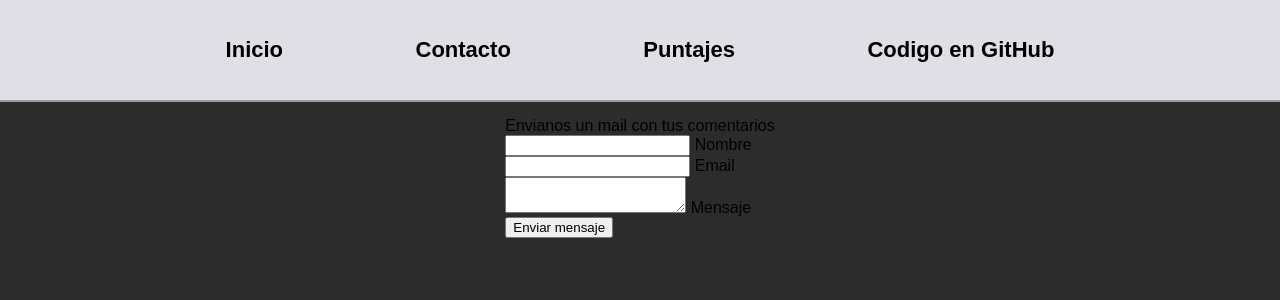
Repository: FacundoKinderknecht/FacundoKinderknecht_Wordle_Game_LPPA
Page: html/email.html
The author's editor kept a copy of each file at every save. The page is drawn from the files as they stood at one save, then again after the next save.
The browser window is 1280 px wide. The pictures show the whole page.

Above is the page before, as saved 2023-08-08 09:57:15.
Not found: css/contact.css
Not found: scripts/contact.js

### html/email.html
<!DOCTYPE html>
<html lang="en">
    <head>
        <meta charset="UTF-8">
        <meta http-equiv="X-UA-Compatible" content="IE=edge">
        <meta name="viewport" content="width=device-width, initial-scale=1.0">
        <link rel="stylesheet" href="../css/reset.css">
        <link rel="stylesheet" href="../css/styles.css">
        <link rel="stylesheet" href="../css/contact.css">
        <script src="../scripts/contact.js"></script>
        <title>Contacto</title>
    </head>
    <body>
        <header>
            <nav class="navbar">
                <a href="../index.html">Inicio</a>
                <a href="../html/email.html">Contacto</a>
                <a href="../html/puntajes.html">Puntajes</a>
                <a href="https://github.com/FacundoKinderknecht/FacundoKinderknecht_Wordle_Game_LPPA" target="_blank">Codigo en GitHub</a>
            </nav>
        </header>

        <main>
            <form id="form-email">
                <h2 class="form-title">
                    Envianos un mail con tus comentarios
                </h2>
                <fieldset class="group-form">
                    <input class="form-txt" id="txt-name" placeholder=" ">
                    <label class="form-lbl" id="lbl-name" for="txt-name">Nombre</label>
                    <label class="form-txt-error hidden" id="error-name" for="txt-name">Nombre invalido</label>
                </fieldset>
                <fieldset class="group-form">
                    <input class="form-txt" id="txt-email" placeholder=" ">
                    <label class="form-lbl" id="lbl-email" for="txt-email">Email</label>
                    <label class="form-txt-error hidden" id="error-email" for="txt-email">Email inválido</label>
                </fieldset>
                <fieldset class="group-form">
                    <textarea class="form-txt" id="txt-message" placeholder=" "></textarea>
                    <label class="form-lbl" id="lbl-message" for="txt-message">Mensaje</label>
                    <label class="form-txt-error hidden" id="error-message" for="txt-message">El mensaje es demasiado corto</label>
                </fieldset>
                <input type="submit" class="form-button" value="Enviar mensaje" id="btn-submit">
                <label class="form-txt-error hidden" id="error-login">Todos los campos deben estar completados</label>
            </form>
        </main>
    </body>
</html>

### css/reset.css
/* http://meyerweb.com/eric/tools/css/reset/
   v2.0 | 20110126
   License: none (public domain)
*/

html, body, div, span, applet, object, iframe,
h1, h2, h3, h4, h5, h6, p, blockquote, pre,
a, abbr, acronym, address, big, cite, code,
del, dfn, em, img, ins, kbd, q, s, samp,
small, strike, strong, sub, sup, tt, var,
b, u, i, center,
dl, dt, dd, ol, ul, li,
fieldset, form, label, legend,
table, caption, tbody, tfoot, thead, tr, th, td,
article, aside, canvas, details, embed,
figure, figcaption, footer, header, hgroup,
menu, nav, output, ruby, section, summary,
time, mark, audio, video {
	margin: 0;
	padding: 0;
	border: 0;
	font-size: 100%;
	font: inherit;
	vertical-align: baseline;
}

### css/styles.css
body{
    font-family: Arial, Helvetica, sans-serif;
    background-color: rgba(0, 0, 0, 0.827);
    display:flex;
    align-items: center;
    flex-direction: column;
}

header{
    width: 100%;
    height: 100px;
    margin-bottom: 15px;
    display: flex;
    justify-content: justify-content;
    align-items: center;
    background-color: rgba(248, 248, 255, 0.874);
    border-bottom: 2px solid rgb(87, 87, 87, 0.49);
}

header nav{
    display:flexbox;
    justify-content: justify-content;
    align-items:center;
    text-align: center;
    width: 100%;
}

header nav a{
    text-decoration: none;
    align-items:center;
    font-weight: bold;
    font-size: 22px;
    color: black;
    margin: 5%;
}

.hidden {
    display:none;
}

After the next save:
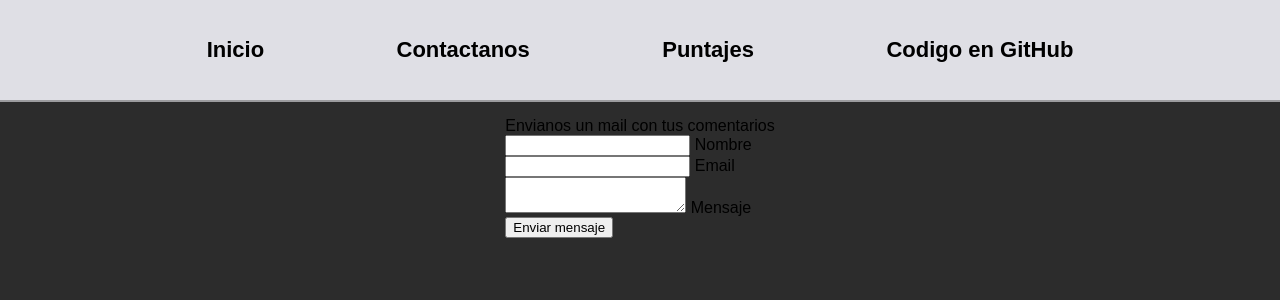
Saved 13 s later.
--- a/html/email.html
+++ b/html/email.html
@@ -14,7 +14,7 @@
         <header>
             <nav class="navbar">
                 <a href="../index.html">Inicio</a>
-                <a href="../html/email.html">Contacto</a>
+                <a href="../html/email.html">Contactanos</a>
                 <a href="../html/puntajes.html">Puntajes</a>
                 <a href="https://github.com/FacundoKinderknecht/FacundoKinderknecht_Wordle_Game_LPPA" target="_blank">Codigo en GitHub</a>
             </nav>
